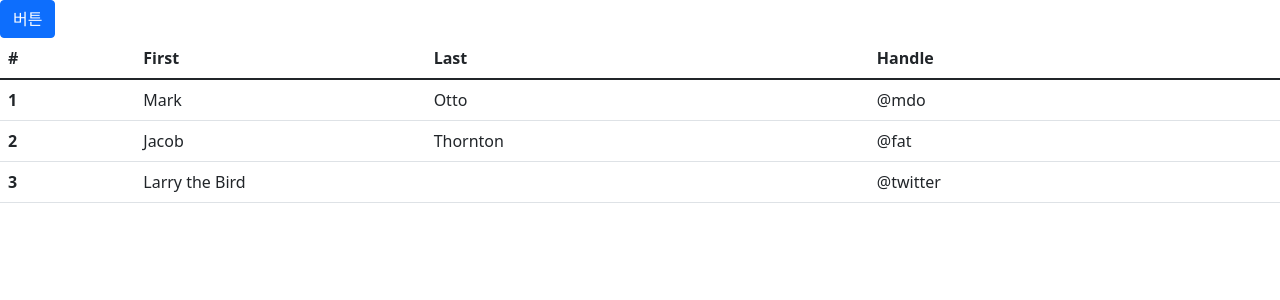
Repository: izuiw/team
Page: http://localhost/qCali/WEB-INF/views/test.jsp
These files come from the project's save history. The page is drawn as it stood at one moment and after the next save; the edit follows.
The browser window is 1280 px wide. The pictures show the whole page.
The page is served by Tomcat 9. Nobody is signed in. Other server files are loaded and not shown. The template is opened directly, without the code that normally fills it, so the values that code supplies are empty.

Above is the page before, as saved 2022-04-29 06:32:05.

### qCali/src/main/webapp/WEB-INF/views/test.jsp
<%@ page language="java" contentType="text/html; charset=UTF-8"
    pageEncoding="UTF-8"%>
<!DOCTYPE html>
<html>
<head>
<meta charset="UTF-8">
<title>테스트</title>
<link href="https://cdn.jsdelivr.net/npm/bootstrap@5.1.3/dist/css/bootstrap.min.css" rel="stylesheet" integrity="sha384-1BmE4kWBq78iYhFldvKuhfTAU6auU8tT94WrHftjDbrCEXSU1oBoqyl2QvZ6jIW3" crossorigin="anonymous">
</head>
<body>
<button class="btn btn-primary">버튼</button>

<table class="table">
  <thead>
    <tr>
      <th scope="col">#</th>
      <th scope="col">First</th>
      <th scope="col">Last</th>
      <th scope="col">Handle</th>
    </tr>
  </thead>
  <tbody>
    <tr>
      <th scope="row">1</th>
      <td>Mark</td>
      <td>Otto</td>
      <td>@mdo</td>
    </tr>
    <tr>
      <th scope="row">2</th>
      <td>Jacob</td>
      <td>Thornton</td>
      <td>@fat</td>
    </tr>
    <tr>
      <th scope="row">3</th>
      <td colspan="2">Larry the Bird</td>
      <td>@twitter</td>
    </tr>
  </tbody>
</table>

<script src="https://cdn.jsdelivr.net/npm/bootstrap@5.1.3/dist/js/bootstrap.bundle.min.js" integrity="sha384-ka7Sk0Gln4gmtz2MlQnikT1wXgYsOg+OMhuP+IlRH9sENBO0LRn5q+8nbTov4+1p" crossorigin="anonymous"></script>
</body>
</html>

After the next save:
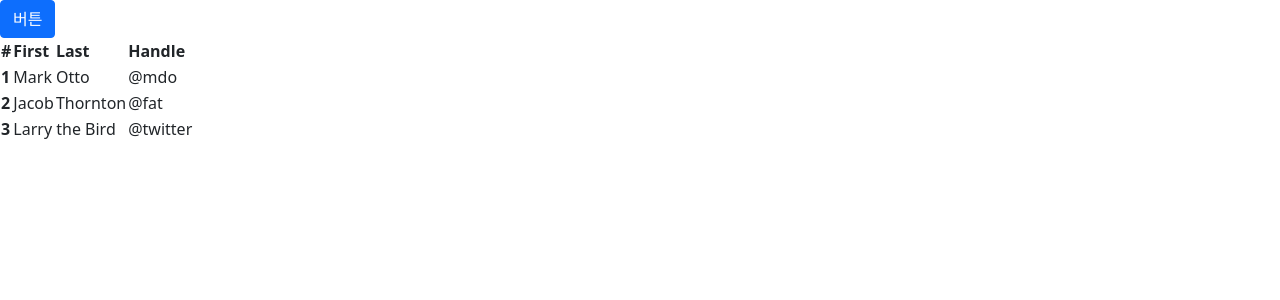
Saved 14 s later.
--- a/qCali/src/main/webapp/WEB-INF/views/test.jsp
+++ b/qCali/src/main/webapp/WEB-INF/views/test.jsp
@@ -10,7 +10,7 @@
 <body>
 <button class="btn btn-primary">버튼</button>
 
-<table class="table">
+<table >
   <thead>
     <tr>
       <th scope="col">#</th>

After the save that followed:
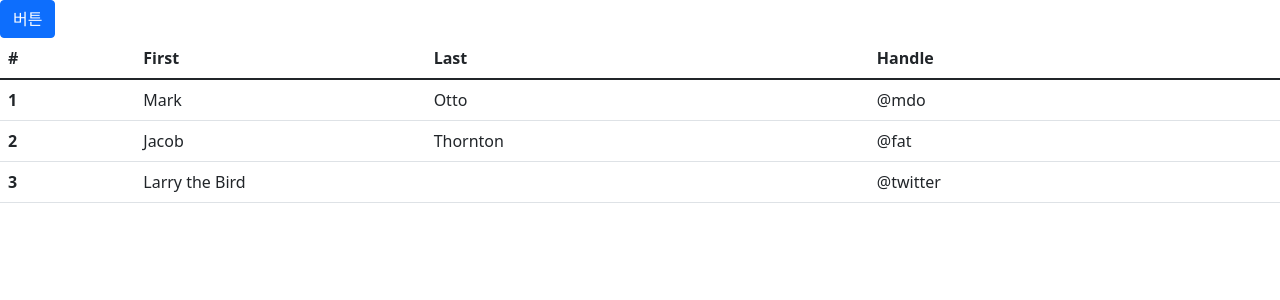
Saved 8 s later.
--- a/qCali/src/main/webapp/WEB-INF/views/test.jsp
+++ b/qCali/src/main/webapp/WEB-INF/views/test.jsp
@@ -10,7 +10,7 @@
 <body>
 <button class="btn btn-primary">버튼</button>
 
-<table >
+<table class="table">
   <thead>
     <tr>
       <th scope="col">#</th>
